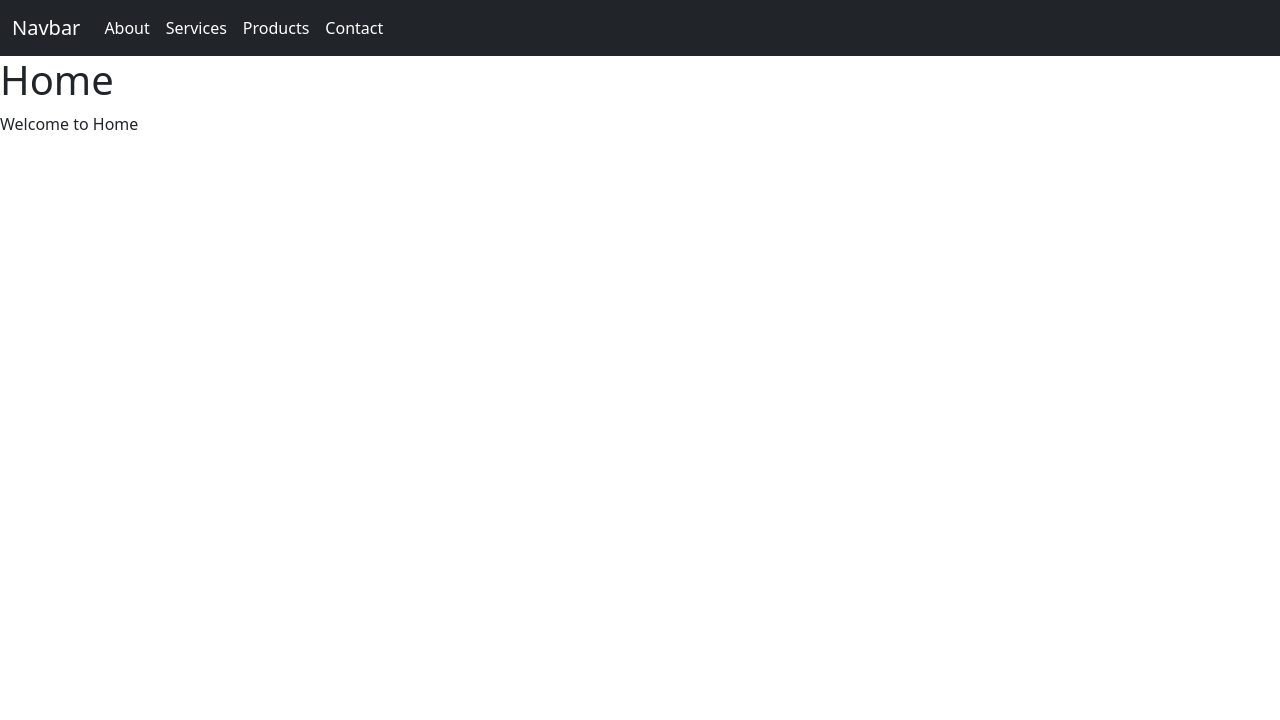
Repository: BlessingAjiboye/WEEJ4JULIO
Page: http://localhost/
An editor plug-in stored every save of this project. The page is shown before and after the next save, followed by the edit.
The browser window is 1280 px wide. The pictures show the whole page.
The page is served by the project's Node server (server.js).

Above is the page before, as saved 2022-09-24 10:36:46.

After the next save:
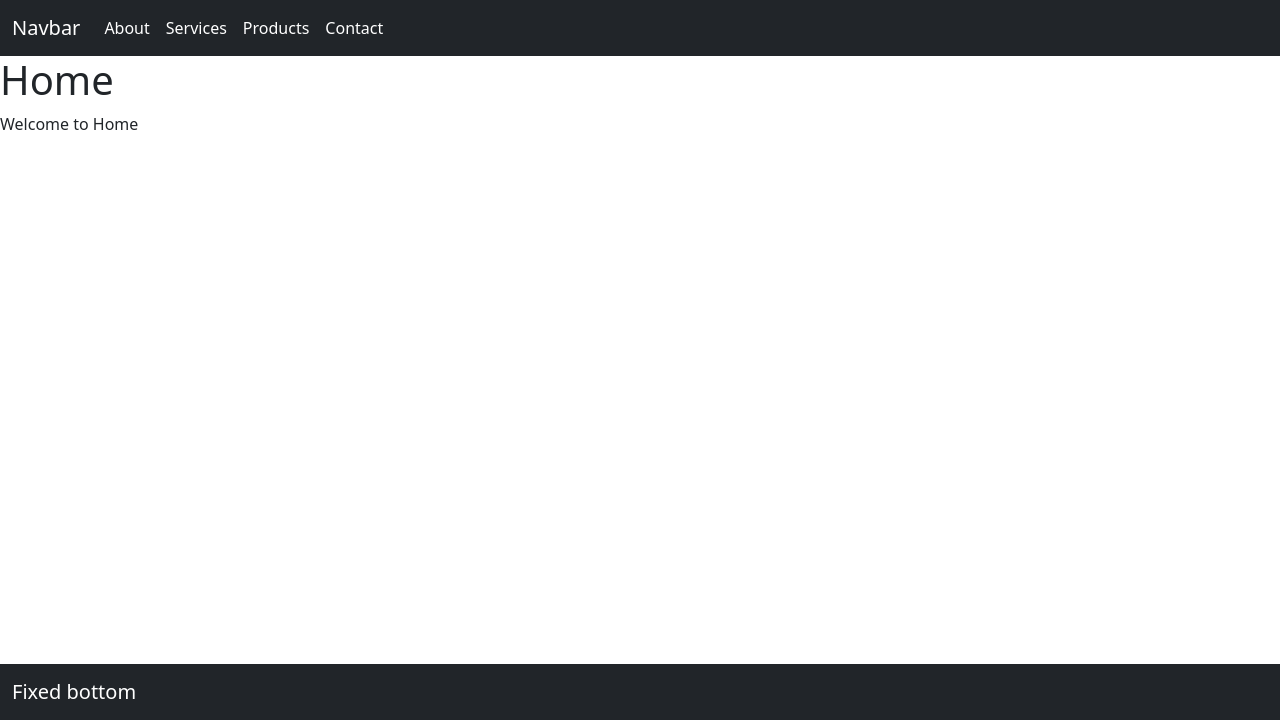
Saved 5 min 0 s later.
--- a/views/index.ejs
+++ b/views/index.ejs
@@ -55,6 +55,15 @@
       </div>
     </div>
   </nav>
+
+  <footer>
+    <nav class="navbar fixed-bottom navbar-dark bg-dark">
+      <div class="container-fluid">
+        <a class="navbar-brand" href="#">Fixed bottom</a>
+      </div>
+      <h6 class="display-6" &copy;2022 All rights reserved.></h6>
+    </nav>
+    </footer>
   <h1><%= title %></h1>
    <p>Welcome to <%= title %></p>
 
